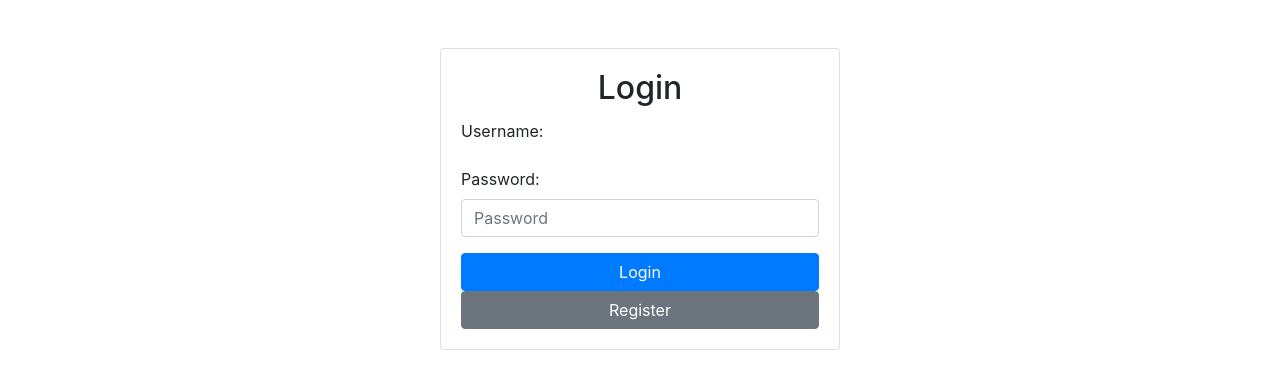
Repository: apps-eduard/TH_MONITORING_v1
Page: http://localhost/user_profile/login/
The author's editor kept a copy of each file at every save. The page is drawn from the files as they stood at one save, then again after a run of saves.
The browser window is 1280 px wide. The pictures show the whole page.
Some web libraries are served in a nearby version. The page is served by the project's application, run on Django 5.2 (manage.py).

Above is the page before, as saved 2024-03-26 13:29:20.

After the next 2 saves:
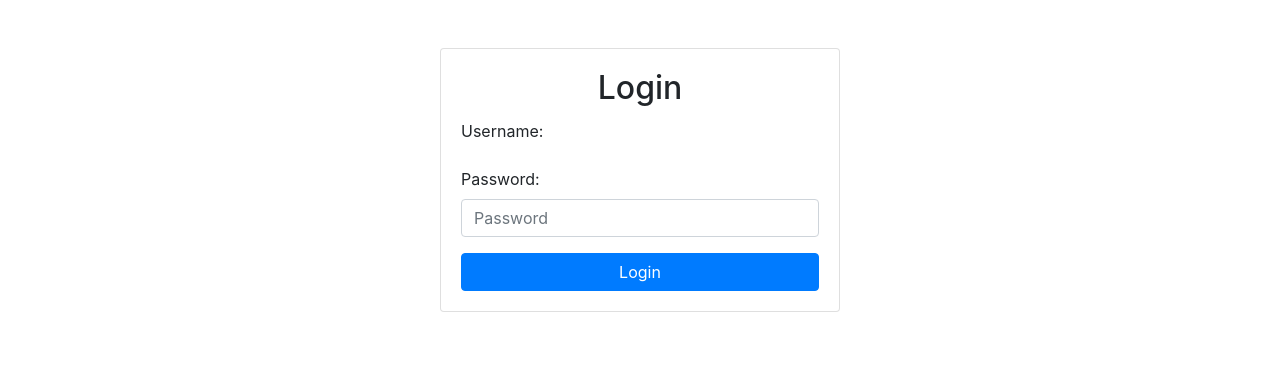
The 2 saves are shown as one change because they came seconds apart.
The last was saved 76 s later.
--- a/user_profile/templates/user_profile/login.html
+++ b/user_profile/templates/user_profile/login.html
@@ -18,9 +18,7 @@
 
                 <button type="submit" class="btn btn-primary btn-block">Login</button>
             </form>
-            <!-- Add a Register button/link -->
-            <!-- With namespace 'user_profile' -->
-            <a href="{% url 'user_profile:register' %}" class="btn btn-secondary btn-block">Register</a>
+
         </div>
     </div>
 </div>
